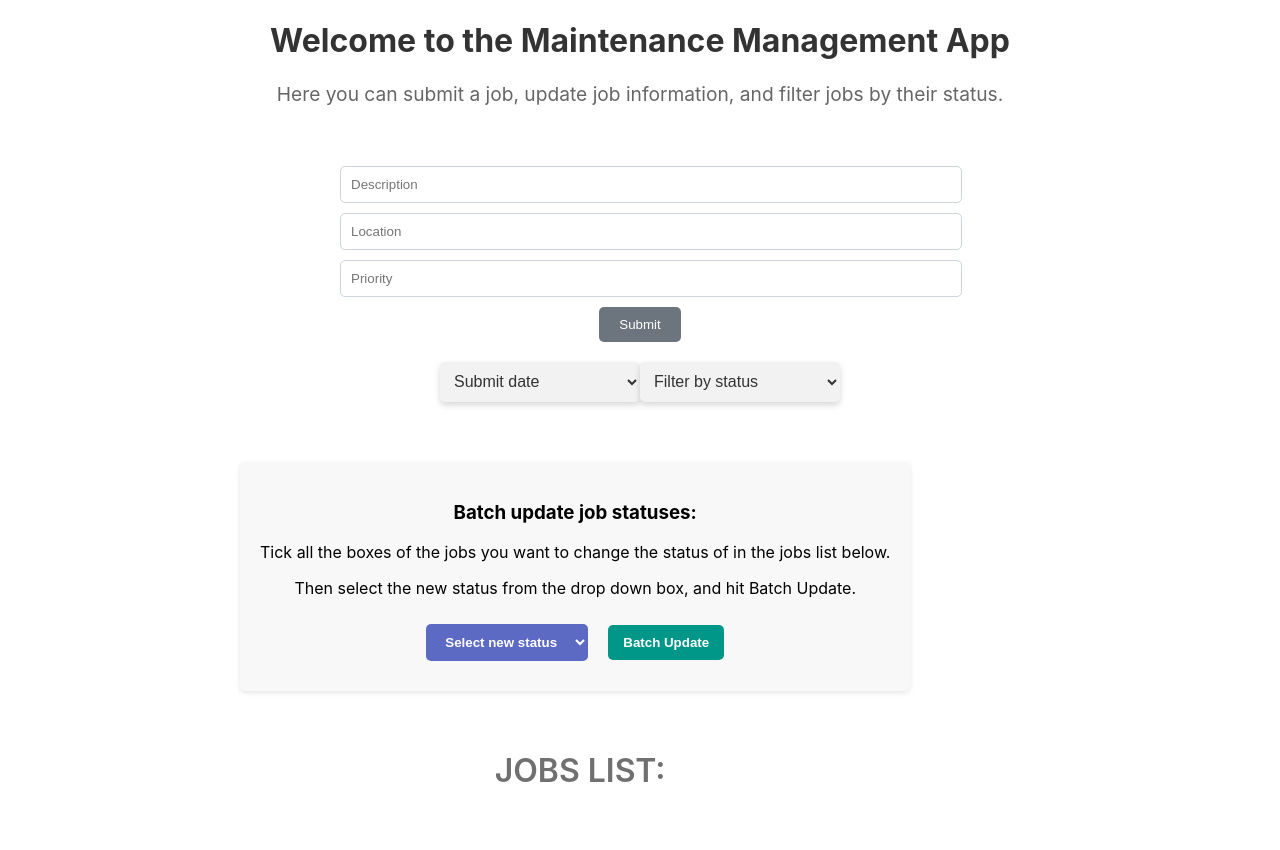
Repository: mikasteyn999/Maintenance-Manager-App
Page: / (app in frontend/)
These files come from the project's save history. The page is drawn as it stood at one moment and after the next save; the edit follows.
The browser window is 1280 px wide. The pictures show the whole page.
The page's requests for data from a server got no answer. The project was rebuilt for these pictures with package versions that can differ from the ones it lists, and the page was loaded fresh each time. No one was signed in, and anything a server would have sent is missing. Also part of the build but not shown: frontend/src/style/Job.css, frontend/src/components/Job.js, frontend/src/style/JobUpdateForm.css, frontend/src/components/JobUpdateForm.js.

Above is the page before, as saved 2023-06-05 18:01:14.

After the next save:
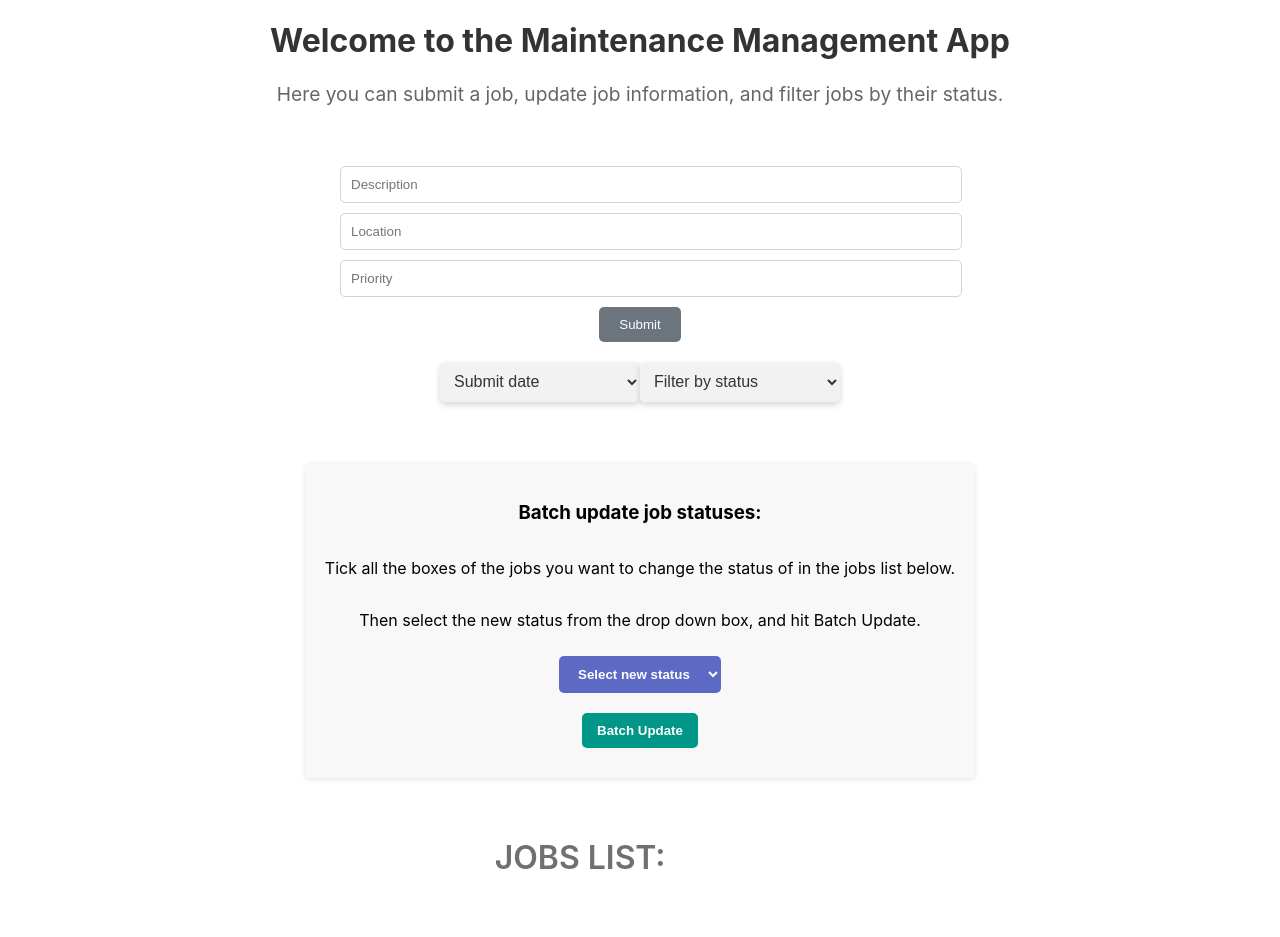
Saved 30 s later.
--- a/frontend/src/style/JobsList.css
+++ b/frontend/src/style/JobsList.css
@@ -39,9 +39,12 @@
 }
 
 .batch-update {
-    max-width: 800px;
+    display: flex;
+    flex-direction: column;
     align-items: center;
     justify-content: space-between;
+    max-width: 800px;
+    margin: 0 auto;
     padding: 20px;
     margin-bottom: 20px;
     background-color: #f8f8f8;
